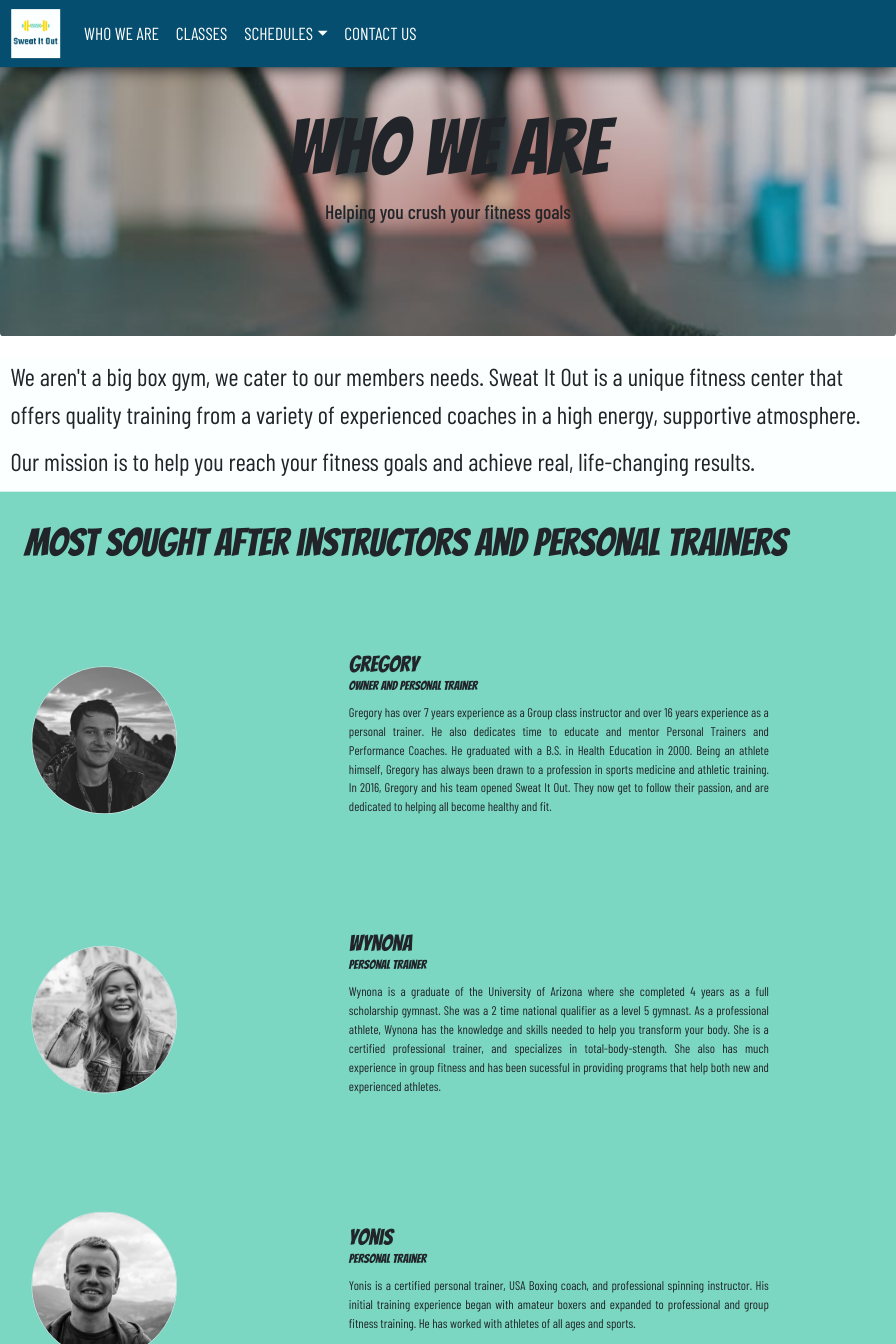
Repository: amybru/sweatitout
Page: about.html
The author's editor kept a record of every edit. The page is drawn from the files as they stood at one moment, then again after the next edit.
The browser window is 1280 px wide. The pictures show the part of the page from y = 0 to 1920 px (the page is 3246 px tall), at 70% of full size.
Some web fonts or font styles are not loaded; a fallback is used. Some web libraries are served in a nearby version.

Above is the page before.

### about.html
<!DOCTYPE html>
<html>

<head>
    <meta charset="utf-8">
    <meta name="viewport" content="width=device-width, initial-scale=1.0">
    <link rel="stylesheet" href="https://maxcdn.bootstrapcdn.com/bootstrap/4.2.1/css/bootstrap.min.css" type="text/css" />
    <link rel="stylesheet" href="https://maxcdn.bootstrapcdn.com/font-awesome/4.7.0/css/font-awesome.min.css" type="text/css" />
    <link href="https://fonts.googleapis.com/css?family=Bangers|Barlow+Condensed:200,300,400,500,700&display=swap" rel="stylesheet">
    <link rel="stylesheet" type="text/css" href="css/style.css">
    <title>Gym</title>
</head>

<body>

    <header>
        <nav class="navbar navbar-expand-lg navbar-default navbar-fixed-top">
            <a href="index.html" class="navbar-brand"><img src="./img/logo.png" width="70" height="70" class="d-inline-block align-top logo-img" alt=""></a>

            <button class="navbar-toggler ml-auto" type="button" data-toggle="collapse" data-target="#navbarNavDropdown" aria-controls="navbarNavDropdown" aria-expanded="false" aria-label="Toggle navigation">
        <span class="navbar-toggler-icon"></span></button>

            <div class="collapse navbar-collapse navbar-content" id="navbarNavDropdown">
                <ul class="navbar-nav navbar-right">
                    <li class="nav-item ml-auto list-inline-item menuitem uppercase"><a class="nav-link" href="about.html">Who We Are</a></li>
                    <li class="nav-item ml-auto list-inline-item menuitem uppercase"><a class="nav-link" href="classes.html">Classes</a></li>
                    <li class="nav-item dropdown d-none d-lg-block list-inline-item menuitem uppercase">
                        <a class="nav-link dropdown-toggle" href="#" id="navbarNavDropdownMenuLink" role="button" data-toggle="dropdown" aria-haspopup="true" aria-expanded="false">Schedules</a>
                        <div class="dropdown-menu" aria-labelledby="navbarNav DropdownMenuLink">
                            <a class="dropdown-item uppercase" href="./img/2018schedule.pdf" target="_blank">2018 Schedule</a>
                            <a class="dropdown-item uppercase" href="./img/2019schedule.pdf" target="_blank">2019 Schedule</a>
                            <a class="dropdown-item uppercase" href="./img/2019schedule.pdf" target="_blank">2020 Schedule</a>
                        </div>
                    </li>
                    <li class="active nav-item ml-auto list-inline-item menuitem uppercase"><a class="nav-link" href="contact.html">Contact Us</a></li>
                </ul>
            </div>

        </nav>
    </header>

    <section class="jumbotron" id="about-view">
        <div class="row">
            <div class="col-12">
                <section class="callout">
                    <h1 class="gym-name">Who We Are</h1>
                    <h3>Helping you crush your fitness goals</h3>
                </section>
            </div>
        </div>
    </section>

    <section class="about-about-page">
        <div class="col-12 about-about section-column">
            <div class="row">
                <div class="col-12">
                    <p>We aren't a big box gym, we cater to our members needs. Sweat It Out is a unique fitness center that offers quality training from a variety of experienced coaches in a high energy, supportive atmosphere.</p>
                    <p>Our mission is to help you reach your fitness goals and achieve real, life-changing results.</p>
                </div>
            </div>
        </div>
    </section>

    <section class="services-landing-page about-gallery" id="gallery">
        <div class="backdrop">
                <div class="row">
                <h2>
                    Most sought after instructors and personal trainers
                </h2>
                </div>
                <div class="row">
                    <div class="col-12 col-md-4 flex">
                        <img class="photo border" src="./img/trainerone.jpeg" alt="Gregory">
                    </div>
                    <div class="col-12 col-md-8 flex">
                        <div class="instructor-details">
                            <h3>
                                Gregory<br>

                                <p>
                                    Owner and Personal Trainer
                                </p>
                            </h3>
                            <p>
                                Gregory has over 7 years experience as a Group class instructor and over 16 years experience as a personal trainer. He also dedicates time to educate and mentor Personal Trainers and Performance Coaches. He graduated with a B.S. in Health Education in
                                2000. Being an athlete himself, Gregory has always been drawn to a profession in sports medicine and athletic training. In 2016, Gregory and his team opened Sweat It Out. They now get to follow their passion, and are dedicated
                                to helping all become healthy and fit.</p>
                            </p>
                        </div>
                    </div>
                </div>
                <div class="row">
                    <div class="col-12 col-md-4 flex">
                        <img class="photo border" src="./img/trainertwo.jpeg" alt="Wynona">
                    </div>
                    <div class="col-12 col-md-8 flex">
                        <div class="instructor-details">
                            <h3>
                                Wynona<br>

                                <p>
                                    Personal Trainer
                                </p>
                            </h3>
                            <p>Wynona is a graduate of the University of Arizona where she completed 4 years as a full scholarship gymnast. She was a 2 time national qualifier as a level 5 gymnast. As a professional athlete, Wynona has the knowledge and
                                skills needed to help you transform your body. She is a certified professional trainer, and specializes in total-body-stength. She also has much experience in group fitness and has been sucessful in providing programs that
                                help both new and experienced athletes.</p>
                            </p>
                        </div>
                    </div>
                </div>
                <div class="row">
                    <div class="col-12 col-md-4 flex">
                        <img class="photo border" src="./img/trainerthree.jpeg" alt="Yonis">
                    </div>
                    <div class="col-12 col-md-8 flex">
                        <div class="instructor-details">
                            <h3>Yonis<br>

                                <p>
                            Personal Trainer
                                </p>
                            </h3>
                            <p>Yonis is a certified personal trainer, USA Boxing coach, and professional spinning instructor. His initial training experience began with amateur boxers and expanded to professional and group fitness training. He has worked
                                with athletes of all ages and sports.</p>
                            </p>
                        </div>
                    </div>
                </div>
                <div class="row">
                <div class="col-12 col-md-4 flex">
                    <img class="photo border" src="./img/trainerfour.jpeg" alt="April">
                </div>
                <div class="col-12 col-md-8 flex">
                    <div class="instructor-details">
                        <h3>
                            April<br>

                            <p>
                                Personal Trainer
                            </p>
                        </h3>
                        <p>April is one of our most loved group-class instructors. While in college, April was on the Track & field team where she won several competitions. She then went on to work as an elementary school gym teacher. She loves working with
                            clients on specialized fitness programs</p>
                        </p>
                    </div>
                </div>
            </div>
        </div>
    </section>


    <section class="you-about-page">
        <div class="col-12 about-skills section-column">
                <div>
                    <h3 class="section-heading uppercase">Our story starts with you</h3>
                </div>
            <div>
                <h4>Strength & Conditioning</h4>
                    <p>89%</p>
                    <div class="progress">
                        <div class="progress-bar progress-bar-striped progress-bar-animated" role="progressbar" aria-valuenow="89" aria-valuemin="0" aria-valuemax="100" style="width: 89%"></div>
                    </div>
                    <h4>Group Fitness & Cardio</h4>
                        <p>95%</p>
                        <div class="progress">
                            <div class="progress-bar progress-bar-striped progress-bar-animated" role="progressbar" aria-valuenow="90" aria-valuemin="0" aria-valuemax="100" style="width: 90%"></div>
                        </div>
                        <h4>Motivational Trainers</h4>
                            <p>99%</p>
                            <div class="progress">
                                <div class="progress-bar progress-bar-striped progress-bar-animated" role="progressbar" aria-valuenow="99" aria-valuemin="0" aria-valuemax="100" style="width: 98%"></div>
                            </div>
            </div>
        </div>
    </section>


    <section class="signup-about-page">
        <div class="col-12 about-signup section-column">
            <div class="row">
                <div class="col">
                    <h3 class="section-heading uppercase">Want to improve your strength, coordination, and flexibility?</h3>
                </div>
            </div>
            <div class="row">
                <div class="col-12">
                    <p>Come try a class on us.</p>
                    <a href="contact.html" class="btn btn-lg free-button uppercase">Sign up for a free class</a>
                </div>
            </div>
        </div>
    </section>


    <footer class="footer container-fluid" id="footer">
        <div>
            <div id="footer-details">
                <h5 class="footer-name uppercase">SWEAT IT OUT</h5>
                <p class="block">123 1st Street<br> (555) 222-2323</p>
            </div>

            <div class="footer-social">
                <ul class="list-inline social-links">
                    <li class="list-inline-item">
                        <a target="_blank" href="https://www.facebook.com/">
                            <i class="fa fa-facebook" aria-hidden="true"></i>
                            <span class="sr-only"Facebook></span>
                        </a>
                    </li>
                    <li class="list-inline-item">
                        <a target="_blank" href="https://www.yelp.com/">
                            <i class="fa fa-yelp" aria-hidden="true"></i>
                            <span class="sr-only"Yelp></span>
                        </a>
                    </li>
                    <li class="list-inline-item">
                        <a target="_blank" href="https://www.google.com/">
                            <i class="fa fa-google-plus" aria-hidden="true"></i>
                            <span class="sr-only"Google+></span>
                        </a>
                    </li>
                    <li class="list-inline-item">
                        <a target="_blank" href="https://www.instagram.com/">
                            <i class="fa fa-instagram" aria-hidden="true"></i>
                            <span class="sr-only"Instagram></span>
                        </a>
                    </li>
                    <li class="list-inline-item">
                        <a target="_blank" href="https://twitter.com/?lang=en">
                            <i class="fa fa-twitter" aria-hidden="true"></i>
                            <span class="sr-only"Twitter></span>
                        </a>
                    </li>
                </ul>
            </div>
        </div>

    </footer>

</body>

<script src="https://code.jquery.com/jquery-3.3.1.slim.min.js" integrity="sha384-q8i/X+965DzO0rT7abK41JStQIAqVgRVzpbzo5smXKp4YfRvH+8abtTE1Pi6jizo" crossorigin="anonymous"></script>
<script src="https://cdnjs.cloudflare.com/ajax/libs/popper.js/1.14.7/umd/popper.min.js" integrity="sha384-UO2eT0CpHqdSJQ6hJty5KVphtPhzWj9WO1clHTMGa3JDZwrnQq4sF86dIHNDz0W1" crossorigin="anonymous"></script>
<script src="https://stackpath.bootstrapcdn.com/bootstrap/4.3.1/js/bootstrap.min.js" integrity="sha384-JjSmVgyd0p3pXB1rRibZUAYoIIy6OrQ6VrjIEaFf/nJGzIxFDsf4x0xIM+B07jRM" crossorigin="anonymous"></script>

</html>

Loaded but not shown: css/style.css (615 lines, source omitted)

After the next edit:
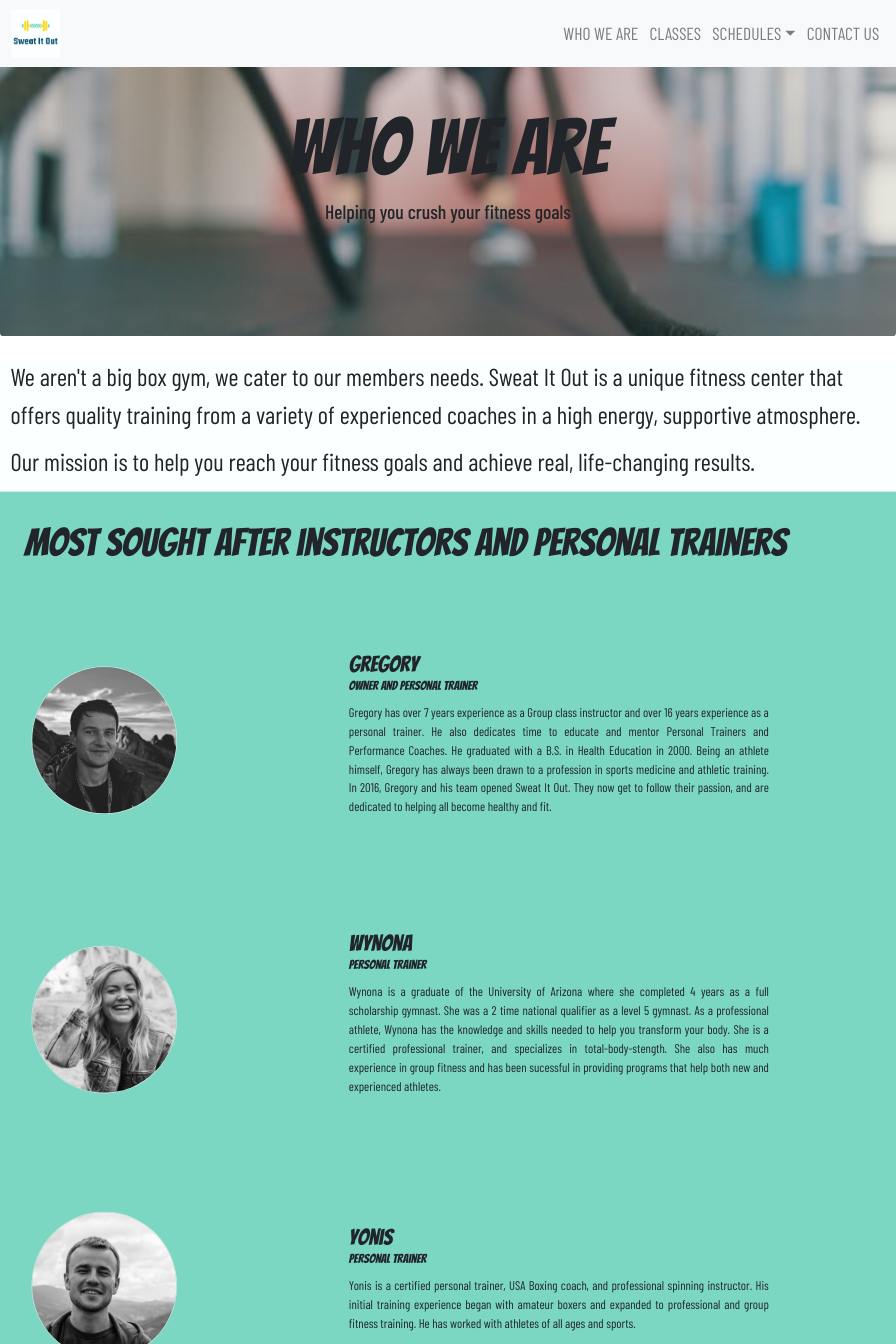
The edit:
--- a/about.html
+++ b/about.html
@@ -14,28 +14,34 @@
 <body>
 
     <header>
-        <nav class="navbar navbar-expand-lg navbar-default navbar-fixed-top">
-            <a href="index.html" class="navbar-brand"><img src="./img/logo.png" width="70" height="70" class="d-inline-block align-top logo-img" alt=""></a>
-
-            <button class="navbar-toggler ml-auto" type="button" data-toggle="collapse" data-target="#navbarNavDropdown" aria-controls="navbarNavDropdown" aria-expanded="false" aria-label="Toggle navigation">
-        <span class="navbar-toggler-icon"></span></button>
-
-            <div class="collapse navbar-collapse navbar-content" id="navbarNavDropdown">
-                <ul class="navbar-nav navbar-right">
-                    <li class="nav-item ml-auto list-inline-item menuitem uppercase"><a class="nav-link" href="about.html">Who We Are</a></li>
-                    <li class="nav-item ml-auto list-inline-item menuitem uppercase"><a class="nav-link" href="classes.html">Classes</a></li>
-                    <li class="nav-item dropdown d-none d-lg-block list-inline-item menuitem uppercase">
-                        <a class="nav-link dropdown-toggle" href="#" id="navbarNavDropdownMenuLink" role="button" data-toggle="dropdown" aria-haspopup="true" aria-expanded="false">Schedules</a>
-                        <div class="dropdown-menu" aria-labelledby="navbarNav DropdownMenuLink">
+        <nav class="navbar navbar-expand-lg navbar-light bg-light fixed-top">
+             <a class="navbar-brand" href="index.html">
+    <img src="./img/logo.png" width="70" height="70" alt="logo">
+  </a>
+            <button class="navbar-toggler" type="button" data-toggle="collapse" data-target="#navbarNavDropdown" aria-controls="navbarNavDropdown" aria-expanded="false" aria-label="Toggle navigation">
+    <span class="navbar-toggler-icon"></span>
+  </button>
+            <div class="collapse navbar-collapse" id="navbarNavDropdown">
+                <ul class="navbar-nav ml-auto">
+                    <li class="nav-item">
+                        <a class="nav-link uppercase" href="about.html">Who We Are</a>
+                    </li>
+                    <li class="nav-item">
+                        <a class="nav-link uppercase" href="classes.html">Classes</a>
+                    </li>
+                    <li class="nav-item dropdown d-none d-lg-block">
+                        <a class="nav-link dropdown-toggle uppercase" href="#" id="navbarDropdownMenuLink" role="button" data-toggle="dropdown" aria-haspopup="true" aria-expanded="false">Schedules</a>
+                        <div class="dropdown-menu" aria-labelledby="navbarDropdownMenuLink">
                             <a class="dropdown-item uppercase" href="./img/2018schedule.pdf" target="_blank">2018 Schedule</a>
                             <a class="dropdown-item uppercase" href="./img/2019schedule.pdf" target="_blank">2019 Schedule</a>
                             <a class="dropdown-item uppercase" href="./img/2019schedule.pdf" target="_blank">2020 Schedule</a>
                         </div>
                     </li>
-                    <li class="active nav-item ml-auto list-inline-item menuitem uppercase"><a class="nav-link" href="contact.html">Contact Us</a></li>
+                    <li class="nav-item">
+                        <a class="nav-link uppercase" href="contact.html">Contact Us</a>
+                    </li>
                 </ul>
             </div>
-
         </nav>
     </header>
 
